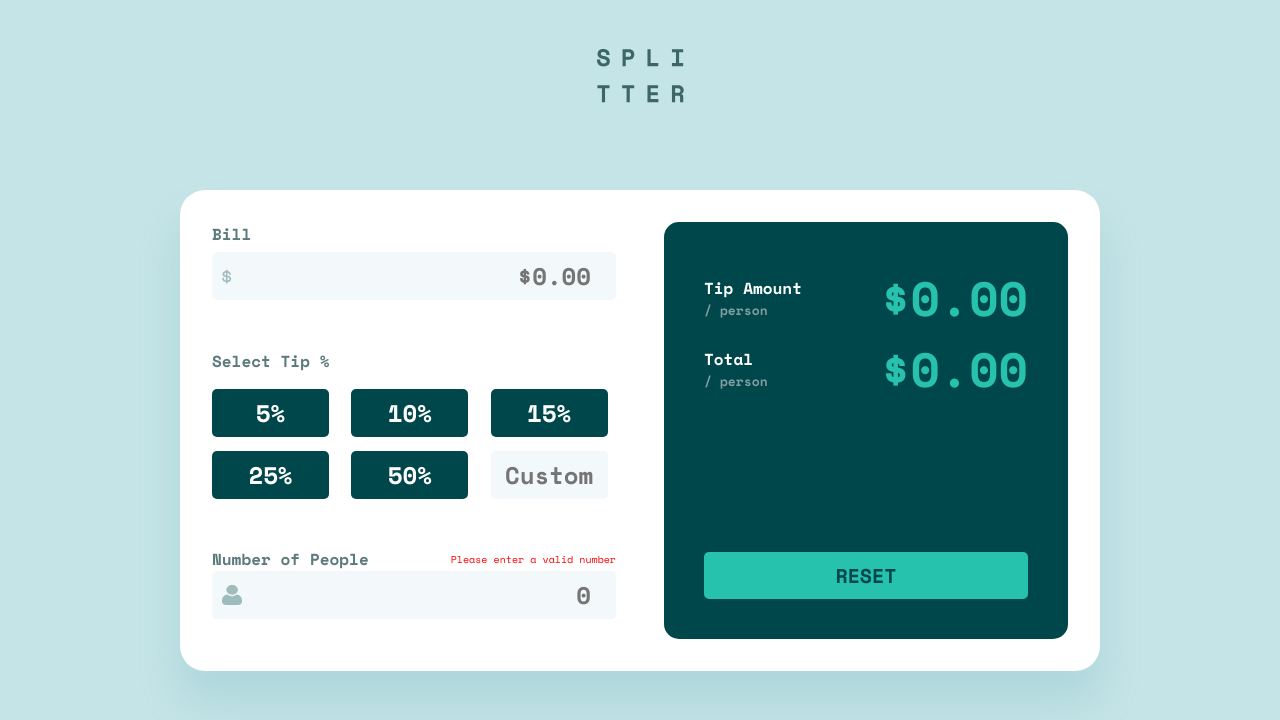
Repository: brandontaylor1/splitter
Page: index.html
These files come from the project's save history. The page is drawn as it stood at one moment and after a run of saves; the edit follows.
The browser window is 1280 px wide. The pictures show the whole page.

Above is the page before, as saved 2025-02-07 09:38:33.

### index.html
<!DOCTYPE html>
<html lang="en">
<head>
    <meta charset="UTF-8">
    <meta name="viewport" content="width=device-width, initial-scale=1.0">
    <link rel="preconnect" href="https://fonts.googleapis.com">
    <link rel="preconnect" href="https://fonts.gstatic.com" crossorigin>
    <link href="https://fonts.googleapis.com/css2?family=Space+Mono:ital,wght@0,400;0,700;1,400;1,700&display=swap" rel="stylesheet">
    <link rel="stylesheet" href="styles.css">
    <title>Splitter | Tip Calculator</title>
</head>
<body>
    <img src="./assets/images/logo.svg" id="logo-image" alt="logo image">
    <main class="container">
        <form>
            <div class="left-column">
                <div class="bill-input">
                    <div class="bill-titles">
                        <h2>Bill</h2>
                        <p class="error-message" id="bill-error"></p>
                    </div>
                    <div class="bill-input-with-icon">
                        <input type="number" min="0.00" max="10000.00" id="bill-input" placeholder="$0.00">
                    </div>
                </div>
                <div class="tip-input">
                    <h2 id="select-tip-title">Select Tip %</h2>
                    <div class="tip-buttons">
                        <button type="button" class="tip-button" value=".05">5%</button>
                        <button type="button" class="tip-button" value=".10">10%</button>
                        <button type="button" class="tip-button" value=".15">15%</button>
                        <button type="button" class="tip-button" value=".25">25%</button>
                        <button type="button" class="tip-button" value=".50">50%</button>
                        <input type="text" id="custom-tip" placeholder="Custom">
                    </div>
                </div>
                <div class="number-of-people-input">
                    <div class="people-titles">
                        <h2 id="number-of-people-title">Number of People</h2>
                        <p class="error-message" id="people-error"></p>
                    </div>
                    <div class="person-input-with-icon">
                        <input type="number" id="number-of-people-input" placeholder="0">
                    </div>
                </div>
            </div>
        </form>
        <div class="right-column">
                <div class="info-container">
                    <div class="tip-calculations">
                        <div class="tip-amount">
                            <div class="info">
                                <h3>Tip Amount</h3>
                                <p>/ person</p>
                            </div>
                            <div class="amount">
                                <h1 id="tip-amount">$0.00</h1>
                            </div>
                        </div>
                        <div class="total">
                            <div class="info">
                                <h3>Total</h3>
                                <p>/ person</p>
                            </div>
                            <div class="amount">
                                <h1 id="total-amount">$0.00</h1>
                            </div>
                        </div>
                    </div>
            <button type="button" id="reset-button">
                RESET
            </button>
        </div>
    </main>

    <script src="index.js"></script>
</body>
</html>

### styles.css
* {
    box-sizing: border-box;
    margin: 0;
    padding: 0;
}

:root {
    --background-color: #C5E4E7;
    --input-button-color: #00474B;
    --primary-white: #fff;
    --calculated-numbers-color: #26C2AE;
    --input-title-color: #5E7A7D;
    --input-background-color: #F3F9FA;
    --input-icon-color: #9EBBBD;
    --title-text-color: #3D6666;
    --custom-input-color: #547878;
}

/* UTILITY CLASSES */
.space-mono-regular {
    font-family: "Space Mono", serif;
    font-weight: 400;
    font-style: normal;
  }

  .space-mono-bold {
    font-family: "Space Mono", serif;
    font-weight: 700;
    font-style: normal;
  }

  .space-mono-regular-italic {
    font-family: "Space Mono", serif;
    font-weight: 400;
    font-style: italic;
  }

  .space-mono-bold-italic {
    font-family: "Space Mono", serif;
    font-weight: 700;
    font-style: italic;
  }


body {
    background-color: #C5E4E7;
    height: 100vh;
    width: 100%;
    display: flex;
    flex-direction: column;
    justify-content: center;
    align-items: center;
    font-family: "Space Mono", monospace;
}

#logo-image {
    margin-bottom: 87px;
}


.container {
    background-color: var(--primary-white);
    width: 920px;
    height: 481px;
    border-radius: 25px;
    box-shadow: 0px 32px 43px 0px rgba(79, 166, 175, 0.20);
    display: grid;
    gap: 48px;
    grid-template-columns: 1fr 1fr;
    padding: 32px;
}

.left-column {
    display: flex;
    flex-direction: column;
    justify-content: space-between;
    width: 100%;
    height: 100%;
}

.right-column {
    grid-column: 2 / 3;
    width: 100%;
    height: 100%;
    border-radius: 15px;
    background-color: var(--input-text-color);
}

input {
    height: 48px;
    width: 100%;
    padding: 10px;
    display: flex;
    flex-direction: row;
    justify-content: space-between;
    background-color: var(--input-background-color);
    border: none;
    border-radius: 5px;
    margin-bottom: 20px;
}

.person-input-with-icon input{
    width: 100%;
    font-family: "Space Mono", monospace;
    font-size: 24px;
    color: #00474B;
    font-weight: 600;
    background-image: url("./assets/images/icon-person.svg");
    background-repeat: no-repeat;
    background-position: 10px center;
    background-size: 20px 20px;
    text-align: right;
}

#bill-input {
    width: 100%;
    font-family: "Space Mono", monospace;
    font-size: 24px;
    font-weight: 600;
}

#number-of-people-input {
    width: 100%;
    font-family: "Space Mono", monospace;
    font-size: 24px;
    color: #00474B;
    font-weight: 600;
}


.bill-input-with-icon input {
    width: 100%;
    font-family: "Space Mono", monospace;
    font-size: 24px;
    color: #00474B;
    font-weight: 600;
    background-image: url("./assets/images/icon-dollar.svg");
    background-repeat: no-repeat;
    background-position: 10px center;
    background-size: auto 15px;
    text-align: right;
}



.bill-input h2 {
    font-size: 16px;
    color: var(--input-title-color);
    margin-bottom: 6px;
}

.tip-buttons {
    display: grid;
    grid-template-columns: repeat(3, 1fr);
    gap: 14px;
}

#select-tip-title {
    color: #5E7A7D;
    font-size: 16px;
    margin-bottom: 16px;
}

.tip-button {
    width: 117px;
    height: 48px;
    flex-shrink: 0;
    border: none;
    border-radius: 5px;
    background-color: #00474B;
    color: var(--primary-white);
    font-family: "Space Mono", monospace;
    font-size: 24px;
    font-weight: 600;
}


.tip-button:hover {
    background-color: #26C2AE;
    color: #00474B;
}

#custom-tip {
    width: 117px;
    height: 48px;
    flex-shrink: 0;
    text-align: center;
    font-size: 24px;
    font-weight: 600;
    font-family: "Space Mono", monospace;
}

#number-of-people-title {
    color: #5E7A7D;
    font-size: 16px;
}


.right-column {
    background-color: #00474B;
    padding: 40px;
    display: flex;
    flex-direction: column;
    justify-content: space-between;
}

.info-container {
    display: flex;
    flex-direction: column;
    justify-content: space-between;
    height: 100%;

}

.tip-amount, .total {
    display: flex;
    flex-direction: row;
    justify-content: space-between;
    align-items: center;
    color: var(--primary-white);
}

.amount {
    color: #26C2AE;
    font-size: 24px;
    font-family: "Space Mono", monospace;
}

.info h3 {
    font-size: 16px;
    color: var(--primary-white);
}

.info p {
    font-size: 13px;
    color: #7F9D9F;
    font-family: "Space Mono", monospace;
    font-weight: 700;
}

#reset-button   {
    padding: 9px 40px;
    text-align: center;
    border: none;
    cursor: pointer;
    background-color: #26C2AE;
    color: #00474B;
    border-radius: 5px;
    font-size: 20px;
    font-weight: 600;
    font-family: "Space Mono", monospace;

}

.error-message {
    color: red;
    font-size: 10px;
}

.bill-titles, .people-titles {
    display: flex;
    flex-direction: row;
    justify-content: space-between;
    align-items: center;
}

### index.js
const billInput = document.querySelector("#bill-input");
const peopleInput = document.querySelector("#number-of-people-input");
const peopleError = document.querySelector("#people-error");

const tipButtons = document.querySelectorAll('.tip-button')
tipButtons.forEach(button => {
    button.addEventListener('click', () => {
        console.log(button.value)
    })
})



function validateAmount(input) {
    if(!isNaN(input) && input !== "" && input > 0) {
        const dollarAmount = parseFloat(input);
        console.log(typeof dollarAmount);
        console.log("Valid Amount");
    } else {
        console.log("Invalid input. Please enter a valid number");
        peopleError.textContent = "Please enter a valid number";
    }
}


function calculateTipAmount(billAmount, tipPercentage) {
    const tipAmount = billAmount * tipPercentage
    return tipAmount
}

calculateTipAmount(validateAmount(billInput.value), 0.15)



billInput.addEventListener("input", () => {
    console.log(billInput.value);
    validateAmount(billInput.value);
})

After the next 2 saves:
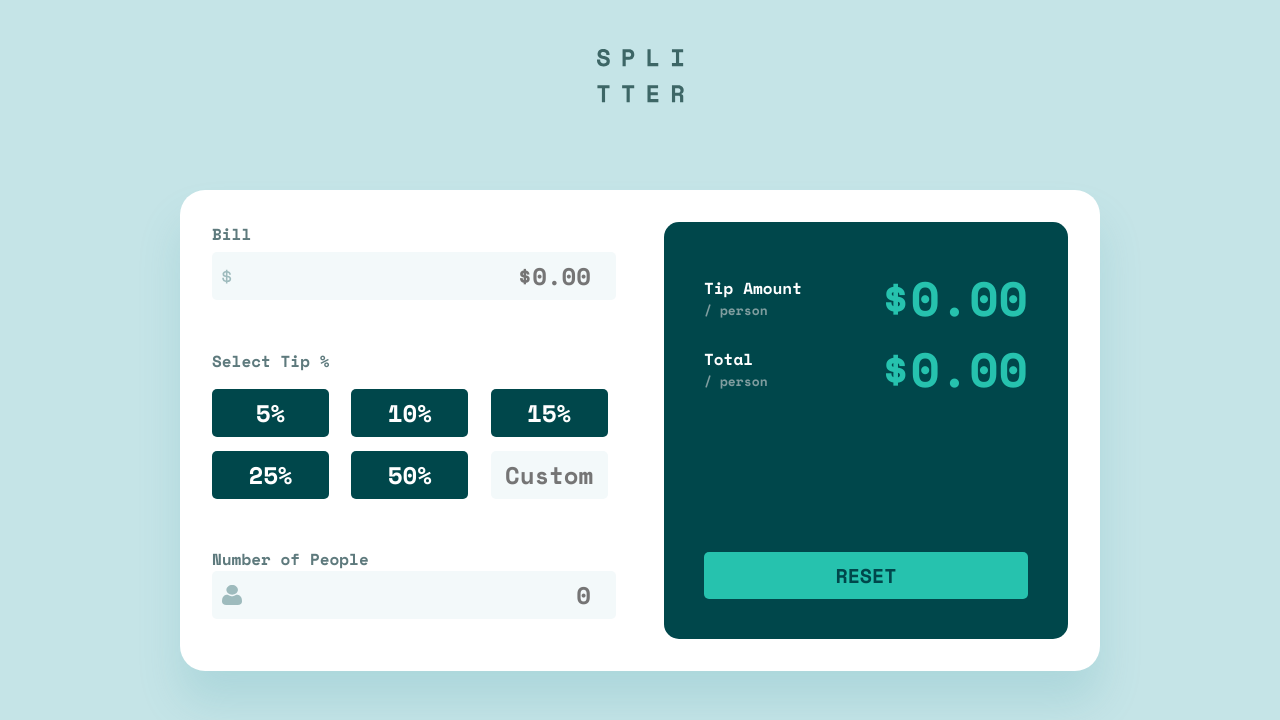
Console error: SyntaxError: Unexpected token ')'
The 2 saves are shown as one change because they came seconds apart.
The last was saved 25 s later.
--- a/index.js
+++ b/index.js
@@ -5,7 +5,7 @@
 const tipButtons = document.querySelectorAll('.tip-button')
 tipButtons.forEach(button => {
     button.addEventListener('click', () => {
-        console.log(button.value)
+        return button.value)
     })
 })
 

After the save that followed:
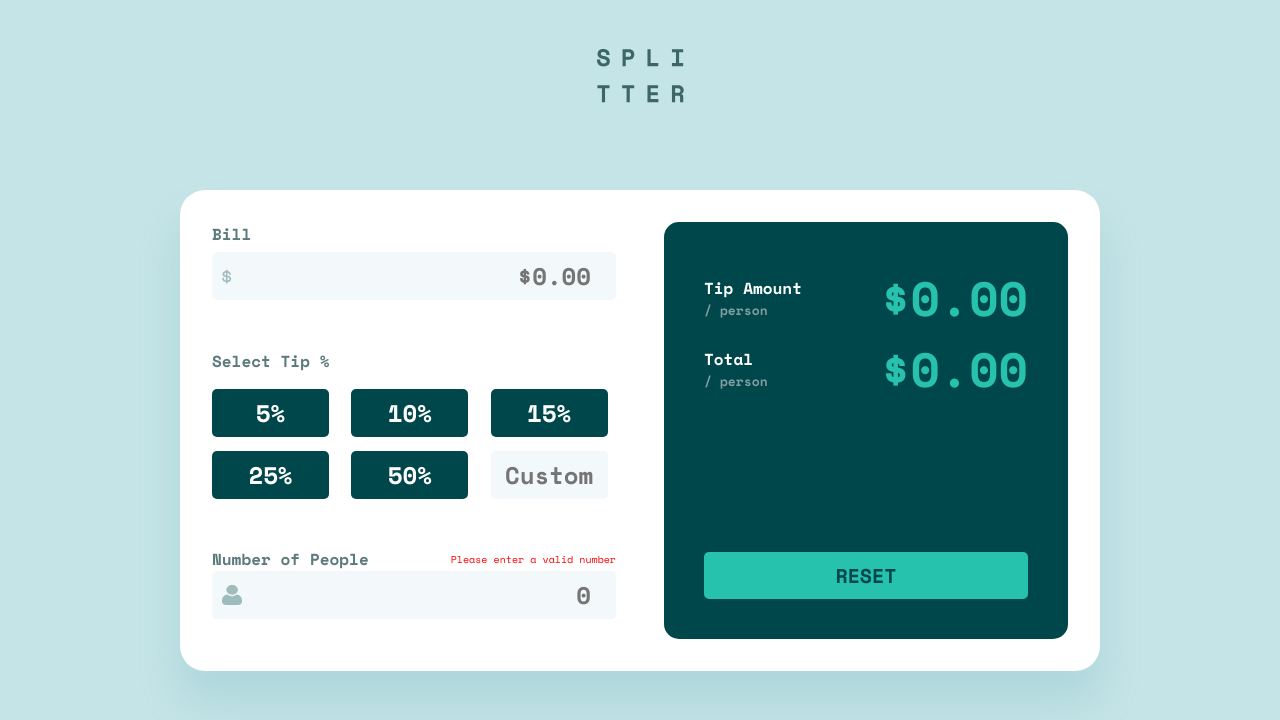
The error is gone.
Saved 4 s later.
--- a/index.js
+++ b/index.js
@@ -5,7 +5,7 @@
 const tipButtons = document.querySelectorAll('.tip-button')
 tipButtons.forEach(button => {
     button.addEventListener('click', () => {
-        return button.value)
+        return button.value
     })
 })
 
